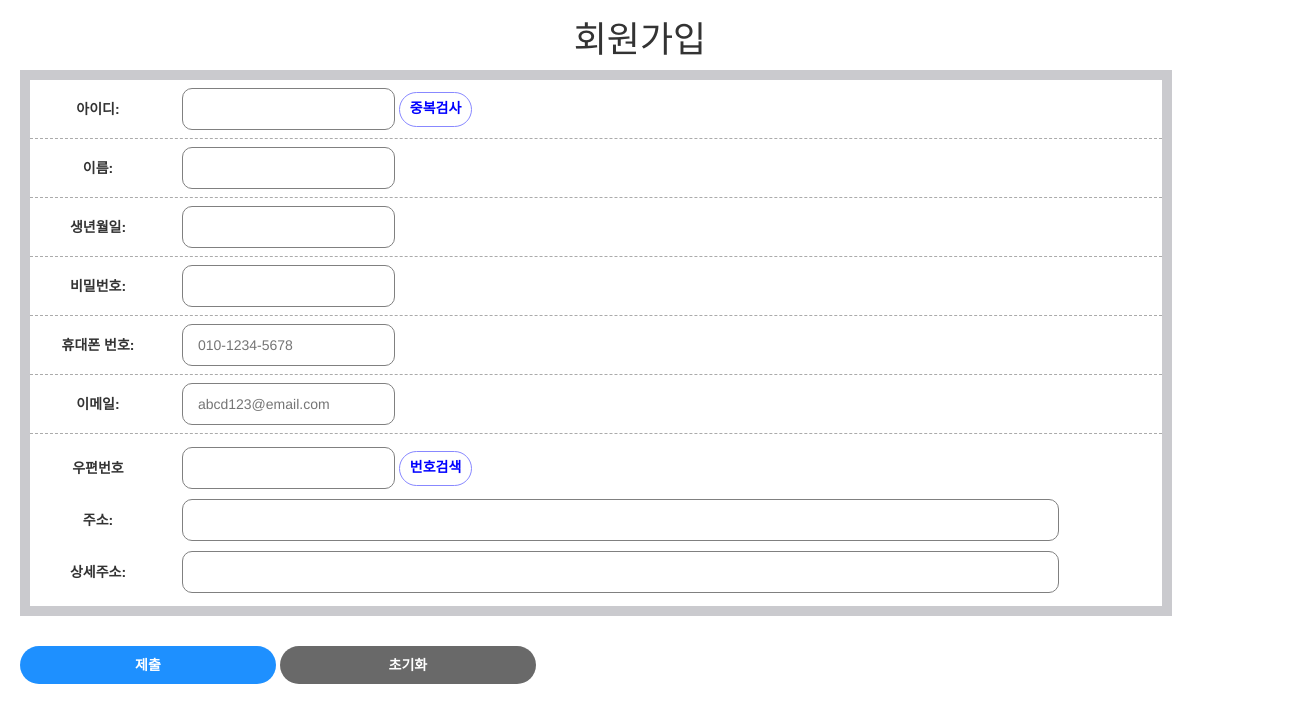
Repository: ypyp0205/jquery
Page: member/WebContent/member/회원가입입력폼.html
The author's editor kept a copy of each file at every save. The page is drawn from the files as they stood at one save, then again after the next save.
The browser window is 1280 px wide. The page is 1300 px wide, so the pictures cover 1300 px, including what lies to the right of the window. The pictures show the whole page.
Some web libraries are served in a nearby version.

Above is the page before, as saved 2020-03-11 00:10:18.

### member/WebContent/member/회원가입입력폼.html
<!DOCTYPE html>
<html>
<head>
<meta charset="UTF-8">
<title>Insert title here</title>
<meta name="viewport" content="width=device-width, initial-scale=1">
<link rel="stylesheet" href="https://maxcdn.bootstrapcdn.com/bootstrap/3.3.7/css/bootstrap.min.css">
  <script src="https://ajax.googleapis.com/ajax/libs/jquery/3.2.1/jquery.min.js"></script>
  <script src="https://maxcdn.bootstrapcdn.com/bootstrap/3.3.7/js/bootstrap.min.js"></script>
  <script src="https://code.jquery.com/ui/1.12.1/jquery-ui.js"></script>

<script src="../js/member.js"></script>

<script>
 $(function(){

	 //아이디 중복검사
	 $('#btnid').on('click', function(){

		 idvalue =  $('#id').val().trim();
		 idlen = idvalue.length;
		 //공백체크
		 if(idlen <= 0){
			 alert("아이디입력");
			 return false;
		 }
		 //길이 체크 4~12
	     if(idlen < 4 || idlen > 12){
	    	 alert('id 4~8사이로 입력 ');
	    	 return false;
	     }

		 //형식체크-영문이거나  또는 영문으로 시작하면서 숫자를 조합
		 idreg = /^[a-zA-Z]+[a-zA-Z0-9]*$/
		 if(  !(idreg.test(idvalue))){
		   alert("id 형식오류") ;
		   return false;
		 }

		 console.log(idvalue);
		 $.ajax({
			 url : '/member/CheckId',
			 data : { 'id' : idvalue},
			 type : 'get',
			 dataType : 'json',
			 success : function(res){
				 $('#idchk').html(res.sw)
				            .css('color', 'red');
			 },
			 error : function(xhr){
				alert("상태 : " + xhr.status);
			 }
		 })
	 })

	 //우편번호 검색
	 $('#zipBtn').on('click', function(){
		 window.open("zip.html", "_blank", "width=400 height=500");
	 })

	 //제출
	 $('#btnjoin').on('click', function(){

		 console.log($('#ff').serialize());
		 console.log($('#ff').serializeArray());

		 //입력데이타의 공백이나 형식체크
		 //올바른 데이타일 경우 는 서버로 전송
		 //이름, 비밀번호, email , 생년월일, 휴대폰
		 if(!regcheck()){
			 return false;
		 }

		  $.ajax({
			url : '/member/MemberJoin',
			type : 'post',
			data : $('#ff').serializeArray(),
			success : function(res){
				$('#joinres').html(res.sw)
				             .css('color', 'red');
				$('#reset').hide();
			},
			error : function(xhr){
				alert("상태 : " + xhr.status);
			},
			dataType : 'json'
		 })
	 })
 })

 </script>
 <style>
  .container1{text-align:center;   }
  .form-horizontal1{ margin-left: 20px; width:100%;   box-sizing:border-box; }

   fieldset {border: 10px solid #cacace; background: #fff; width:90%;}

	.form-group1 {
	        text-align:left;
	        padding: 8px;
	        border-bottom: 1px dashed #ababab;
	 }

    .form-group1 label.control-label {
	          /* background: #efefef;  */
	          width: 120px;
	          display: inline-block;
	          text-align: center;
	          box-sizing:border-box;
	 }

	.form-group1 input, .form-group1 select {
	         box-sizing:border-box;
	        margin-left : 20px;
	        padding: 10px 15px;
	        border-radius: 10px;
	        border: 0 none;
	        border : 1px solid gray;
	 }
	 .form-group1 select{
	      width : 200px;
	 }
	.form-group1 input#add1, .form-group1 input#add2{
	           width:calc(90% - 127px);
	           box-sizing:border-box;
	 }
	.form-group1 input.addr{
	          margin : 5px 20px;
	          margin-right: 0px;
	}
	.form-group1:last-child {border-bottom: 0 none;}
	.form-group1 .btn{
		   background:#fff;
		   font-weight: bold;
		   border:1px solid #8888ff;
		   color:blue;
		  /*  margin-left: 10px; */
		   padding: 5px 10px 8px;
		   border-radius: 50px;
		 /*   box-sizing:border-box; */
	 }

	.btn-wrap{margin-top:30px; text-align: left;}
	.btn-wrap .btn{
	        width:20%;
	        padding:10px;
	        font-size:1.0em;
	      /*   box-sizing:border-box; */
	        color: white;
	        font-weight: bold;
	        background: Dodgerblue;
	        border:  none;
	        border-radius: 50px;
	  }
	.btn-wrap .btn.btn-default{background: DimGray;}

  span {
   color : red;
    font-size : 1.2em;
  }
  td{
    text-align : center;
  }

  .ziptr:hover{
     background : lime;
  }
</style>



</head>
<body>
<div class="container1">
<h1>회원가입</h1>

<form class="form-horizontal1"  id="ff"  name="ff">

	 <fieldset>

	   <div class="form-group1">
	      <label class="control-label" for="id">아이디:</label>
	        <input type="text" class="form-control1" id="id" placeholder="" name="mem_id">
	       <button type="button" id="btnid" class="btn">중복검사</button>
	      <span id="idchk"></span>
	    </div>

		 <div class="form-group1">
	      <label class="control-label" for="name">이름:</label>
	        <input type="text" class="form-control1" id="name" placeholder="" name="mem_name">
	    </div>

	    <div class="form-group1">
	      <label class="control-label" for="bir">생년월일:</label>
	      <input type="text" class="form-control1" id="bir" placeholder="" name="mem_bir">
	    </div>

	    <div class="form-group1">
	      <label class="control-label" for="pass">비밀번호:</label>
	        <input type="password" class="form-control1" id="pass" placeholder="" name="mem_pass">
	    </div>



	    <div class="form-group1">
	      <label class="control-label" for="ptel">휴대폰 번호:</label>
	        <input type="text" class="form-control1" id="ptel" placeholder="010-1234-5678" name="mem_hp">
	    </div>

	    <div class="form-group1">
	      <label class="control-label" for="email">이메일:</label>
	        <input type="email" class="form-control1" id="email" placeholder="abcd123@email.com" name="mem_mail" >
	    </div>

	    <div class="form-group1">
	      <label class="control-label" for="zip">우편번호</label>
	         <input type="text" class="form-control1 addr" id="zip" placeholder="" name="mem_zip">
	         <button type="button"  id="zipBtn" class="btn">번호검색</button> <br>
	         <!--  <button type="button" id="btnzip" class="btn btn-success btn-xs" data-toggle="modal" data-target="#myModal">번호검색</button><br> -->
	       <label class="control-label" for="zip">주소:</label>
	         <input type="text" class="form-control1 addr"  id="add1" placeholder="" name="mem_add1"><br>
	        <label class="control-label" for="zip">상세주소:</label>
	         <input type="text" class="form-control1 addr"  id="add2" placeholder="" name="mem_add2">
	    </div>


  </fieldset>
    <div class="btn-wrap">
        <input type="button" class="btn btn-primary btn-lg" id="btnjoin" value="제출">
		<span id="joinres"></span>
		<input id="reset" type="reset" class="btn btn-default btn-lg" value="초기화">
    </div>
  </form>
 </div>


 <!-- Modal -->
  <div class="modal fade" id="myModal" role="dialog">
    <div class="modal-dialog">

      <!-- Modal content-->
      <div class="modal-content">
        <div class="modal-header">
          <button type="button" class="close" data-dismiss="modal">&times;</button>
          <h4 class="modal-title">우편번호 찾기</h4>
        </div>
        <div class="modal-body">
          <p>찾고자 하는 동을 입력하세요.</p>
          <input type="text" id="dong">
          <button type="button" id="zipbtn2">검색</button>
          <br><br>

          <div id="result"></div>
        </div>
        <div class="modal-footer">
          <button type="button" class="btn btn-default" data-dismiss="modal">Close</button>
        </div>
      </div>

    </div>
  </div>

</body>
</html>

### member/WebContent/js/member.js
/**
 *
 */
var regcheck = function(){
	//이름값
	vname = $('#name').val().trim();
	namelen = vname.length;

	//이름길이
	if(namelen <2 || namelen >5){
		alert("이름 2~5 사이입니다");
		return false;
	}

	//이름 정규식 한글로만 2~5사이
	namereg = /^[가-힣]+$/;
	if(!(namereg.test(vname))){
		alert("이름 형식오류");
		return false;
	}
	////////////////////////////////

	//////////////////////////
	//생년월일 : 숫자4자리–숫자2자리–숫자 2자리
	vbir = $('#bir').val().trim();
	birlen = vbir.length;

	//생년월일 길이
	if(birlen <=0){
		alert("생년월일 입력");
		return false;
	}
	//생년월일 형식 숫자4자리.숫자2자리.숫자2자리
	birreg = /^\d{4}\.\d{2}\.\d{2}$/;
	if(!(birreg.test(vbir))){
		alert("생년월일 형식오류");
		return false;
	}

	//////////////////////////////////////////
	//비밀번호
	vpass = $('#pass').val().trim();
	passlen = vpass.length;
	//비밀번호길이 4~10
	if(passlen <4 || passlen > 10){
		alert("비밀번호 4~10 사이입력");
		return false;
	}

	//비밀번호정규식 영문이나 숫자
	passreg = /^[a-zA-Z0-9]+$/;
	if(!(passreg.test(vpass))){
		alert("비밀번호 형식오류");
		return false;
	}

	/////////////////////////////////////
	//휴대폰 : 숫자3자리–숫자4자리–숫자 4자리
	vptel = $('#ptel').val().trim();
	ptellen = vptel.length;

	//전화번호 길이
	if(ptellen <=0){
		alert("전화번호 입력");
		return false;
	}
	//전화번호 형식
	ptelreg = /^\d{3}-\d{4}-\d{4}$/;
	if(!(ptelreg.test(vptel))){
		alert("전화번호 형식오류");
		return false;
	}
	/////////////////////////////
    //이메일 :  이메일 형식에 맞도록 체크
	vemail = $('#email').val().trim();
	maillen = vemail.length;

	if(maillen == 0){
		alert("이메일 입력");
		return false;
	}
	mailreg = /^[a-zA-Z0-9]+@[a-zA-Z0-9]+(\.[a-zA-Z0-9]+){1,2}$/;
	if(!(mailreg.test(vemail))){
		alert("이메일형식오류");
		return false;
	}

	return true ;


}

After the next save:
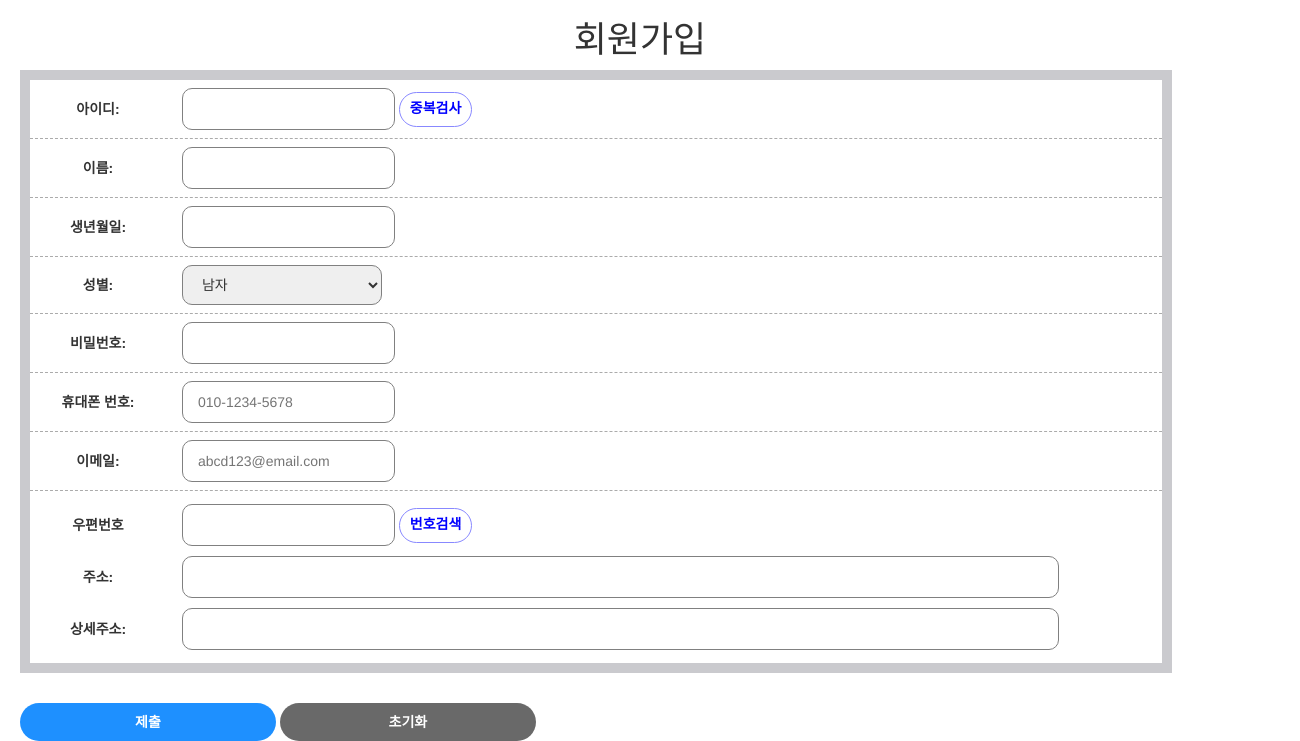
Saved 2 min 39 s later.
--- a/member/WebContent/member/회원가입입력폼.html
+++ b/member/WebContent/member/회원가입입력폼.html
@@ -195,6 +195,17 @@
 	      <input type="text" class="form-control1" id="bir" placeholder="" name="mem_bir">
 	    </div>
 
+
+	    <div class="form-group1">
+	       <label class="control-label" for="birth">성별:</label>
+	       <select  class="form-control1" id="gender" name="gender">
+	         <option class="" value="남자">남자</option>
+	         <option  class="" value="여자">여자</option>
+	      </select>
+	     </div>
+
+
+
 	    <div class="form-group1">
 	      <label class="control-label" for="pass">비밀번호:</label>
 	        <input type="password" class="form-control1" id="pass" placeholder="" name="mem_pass">
